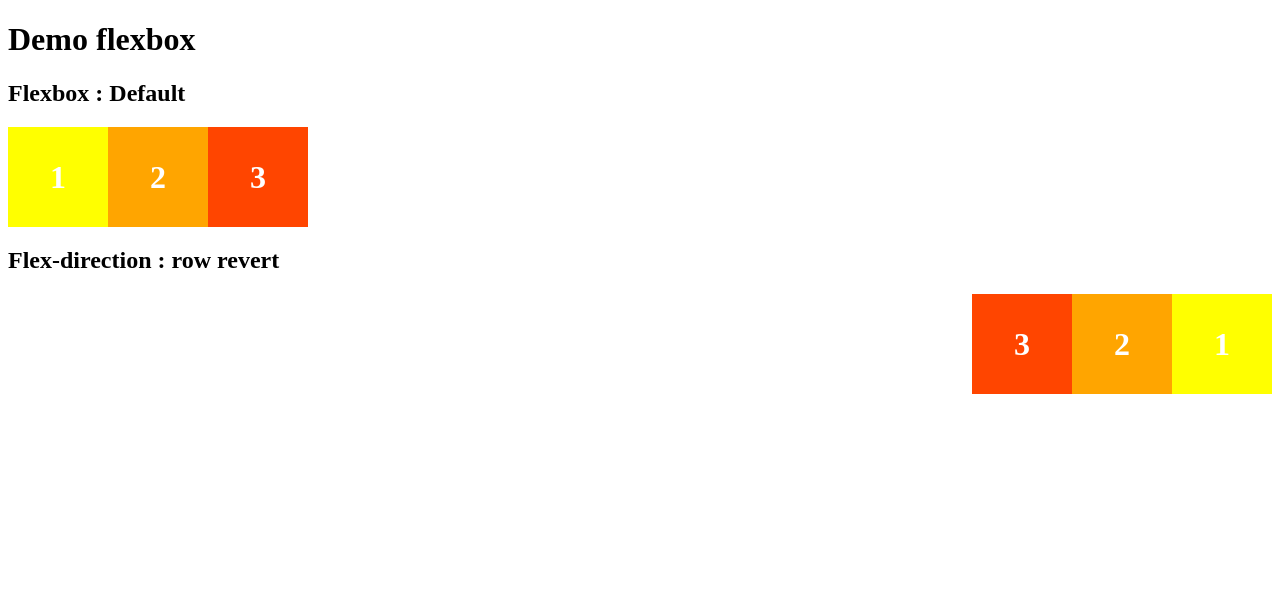
Repository: cvTuananh/Wed-famework
Page: Lab04/lab04/demo06.html
These files come from the project's save history. The page is drawn as it stood at one moment and after the next save; the edit follows.
The browser window is 1280 px wide. The pictures show the whole page.

Above is the page before, as saved 2021-09-28 20:38:23.

After the next save:
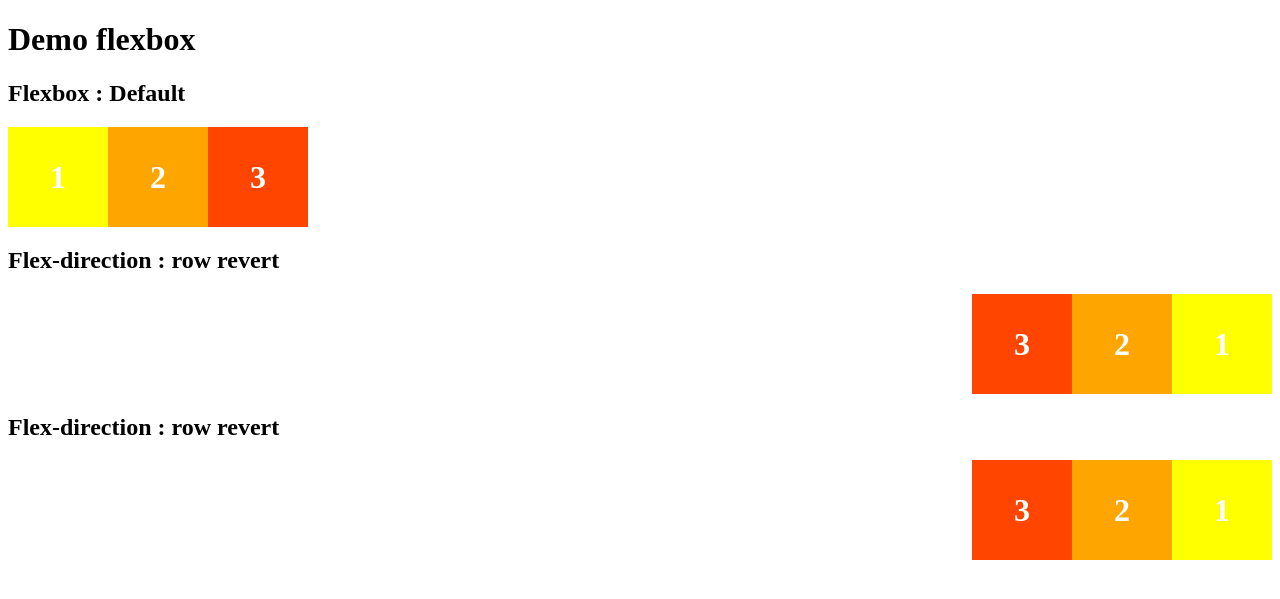
Saved 10 s later.
--- a/Lab04/lab04/demo06.html
+++ b/Lab04/lab04/demo06.html
@@ -44,5 +44,12 @@
         <div class="box-item-2">2</div>
         <div class="box-item-3">3</div>
     </div>
+
+    <h2>Flex-direction : row revert</h2>
+    <div class="box box2">
+        <div class="box-item-1">1</div>
+        <div class="box-item-2">2</div>
+        <div class="box-item-3">3</div>
+    </div>
 </body>
 </html>
